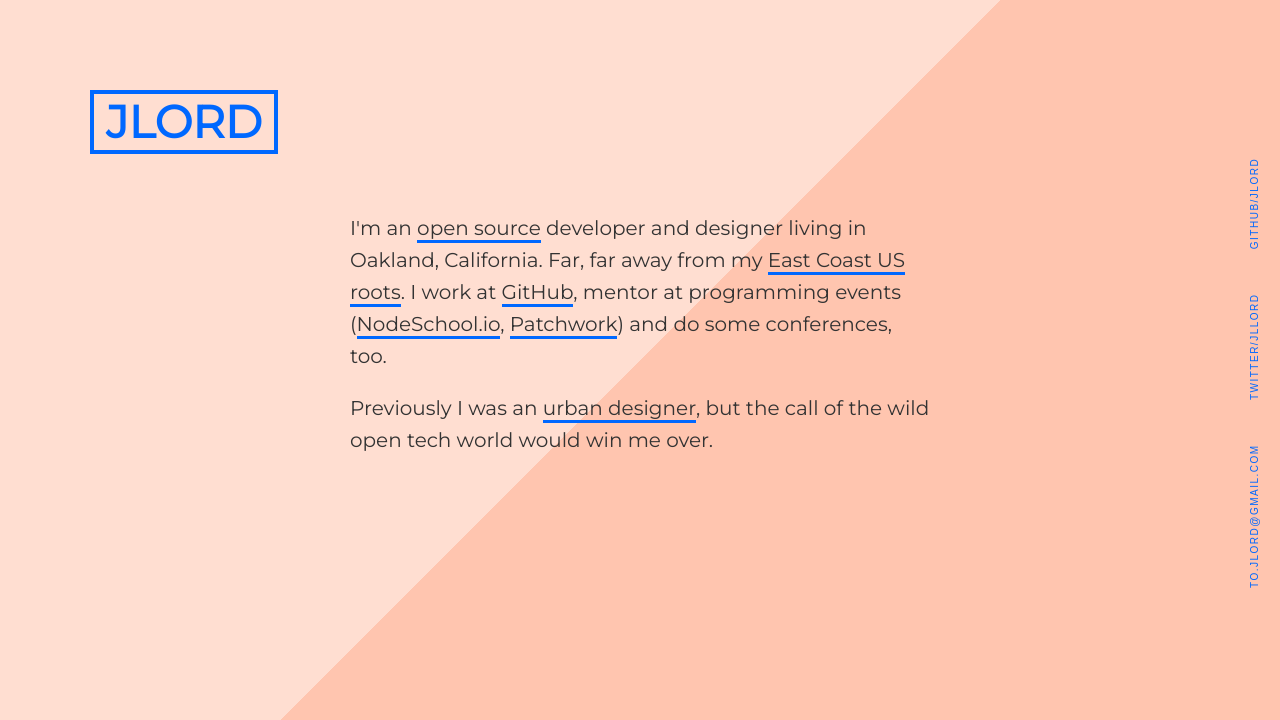
Repository: AalokJadhav/Being_Express.Js
Page: public/Hello_World_Page/index.html
These files come from the project's save history. The page is drawn as it stood at one moment and after the next save; the edit follows.
The browser window is 1280 px wide. The pictures show the whole page.
An inner scrolling area shows only its first screen. Some web fonts or font styles are not loaded; a fallback is used.

Above is the page before, as saved 2020-11-09 11:49:54.

### public/Hello_World_Page/index.html
<!doctype html>
<html>
  <head>
    <meta charset="utf-8">
    <link href="http://fonts.googleapis.com/css?family=Source+Sans+Pro:400,700|Montserrat" rel="stylesheet" type="text/css">
    <link rel="stylesheet" type="text/css" href="css/style2.css">
    <link rel="icon" href="favicon.png" type="image/x-icon">
    <title>Hello World</title>
  </head>
  <body>
    <div class="wrapper">
    <div class="container">
      <header>
        <h1 class="name">jlord</h1>
      </header>
      <article>
        <p>I'm an <a href="http://en.wikipedia.org/wiki/Open-source_software" target="_blank">open source</a> developer and designer living in Oakland, California. Far, far away from my <a href="http://en.wikipedia.org/wiki/Central_Georgia" target="_blank">East Coast US roots</a>. I work at <a href="http://www.github.com/about" target="_blank">GitHub</a>, mentor at programming events (<a href="http://www.nodeschool.io">NodeSchool.io</a>, <a href="https://github.com/blog/1805-patchwork-night" target="_blank">Patchwork</a>) and do some conferences, too.</p>
        <p> Previously I was an <a href="http://www.bostonredevelopmentauthority.org" target="_blank">urban designer</a>, but the call of the wild open tech world would win me over.</p>
      </article>

    <footer>
      <ul class="meta inline-list">
        <li><a href="mailto:to.jlord@gmail.com">to.jlord@gmail.com</a></li>
        <li><a href="http://www.twitter.com/jllord" target="_blank">twitter/jllord</a></li>
        <li><a href="http://www.github.com/jlord" target="_blank">github/jlord</a></li>
      </ul>
    </footer>
  </div>
  </div>
  </body>
</html>

### public/Hello_World_Page/css/style2.css
body {font-family: Montserrat, Helvetica Neue, sans-serif; margin: 0 auto; line-height: 2em; padding: 12px; box-sizing: border-box; color: #333; overflow: auto;
background: #ffded1; /* Old browsers */
background: -moz-linear-gradient(-45deg,  #ffded1 0%, #ffded1 50%, #ffc5af 50%, #ffc5af 100%); /* FF3.6+ */
background: -webkit-gradient(linear, left top, right bottom, color-stop(0%,#ffded1), color-stop(50%,#ffded1), color-stop(50%,#ffc5af), color-stop(100%,#ffc5af)); /* Chrome,Safari4+ */
background: -webkit-linear-gradient(-45deg,  #ffded1 0%,#ffded1 50%,#ffc5af 50%,#ffc5af 100%); /* Chrome10+,Safari5.1+ */
background: -o-linear-gradient(-45deg,  #ffded1 0%,#ffded1 50%,#ffc5af 50%,#ffc5af 100%); /* Opera 11.10+ */
background: -ms-linear-gradient(-45deg,  #ffded1 0%,#ffded1 50%,#ffc5af 50%,#ffc5af 100%); /* IE10+ */
background: linear-gradient(135deg,  #ffded1 0%,#ffded1 50%,#ffc5af 50%,#ffc5af 100%); /* W3C */
filter: progid:DXImageTransform.Microsoft.gradient( startColorstr='#ffded1', endColorstr='#ffc5af',GradientType=1 ); /* IE6-9 fallback on horizontal gradient */

}

body, html {height: 100%;}

.wrapper {box-sizing: border-box; height: 100%; overflow: auto; }


a {text-decoration: none; color: #333; border-bottom: 3px solid #0068FF;}
a:hover {color: #0068FF}
p {font-weight: 200; font-size: 20px;}

.name {font-family: Montserrat; font-size: 45px; text-transform: uppercase; font-weight: 900; padding: 12px; border: 4px solid #0068FF; color: #0068FF; display: inline-block; position: absolute; margin-bottom: 60px; top: 60px; left: 90px;}

.container {margin: 0 auto; width: 700px; padding: 120px 12px 50px; overflow: auto;}
article {padding: 60px;}
/* TODO find better cross-platform characters */
/* article::before {
  content: '\2601';
  position: relative;
  top: 0;
  left: -30px;
  color: #0068FF;
  font-size: 24px;
}
article::after {
  content: '\2A55\2A55\2A55\2A55';
  position: relative;
  top: 40px;
  left: 300px;
  color: #0068FF;
  font-size: 44px;
} */
hr {border-bottom: 3px solid #0068FF;}

.meta {text-transform: uppercase; font-family: Arial, Courier New, Source Sans Pro, sans-serif; font-size: 10px; letter-spacing: .15em;}
.meta a:hover {color: #333;}

.inline-list {list-style: none; margin: 0; padding: 0;}
.inline-list li {display: inline-block;}

footer .inline-list li {margin-right: 40px;}
footer a {border: none; color: #0068FF;}
footer {margin: 0 auto; position: absolute; bottom: 55%; right: -255px; padding: 40px 0 0 0; width: 600px; -webkit-transform: rotate(-90deg);}

After the next save:
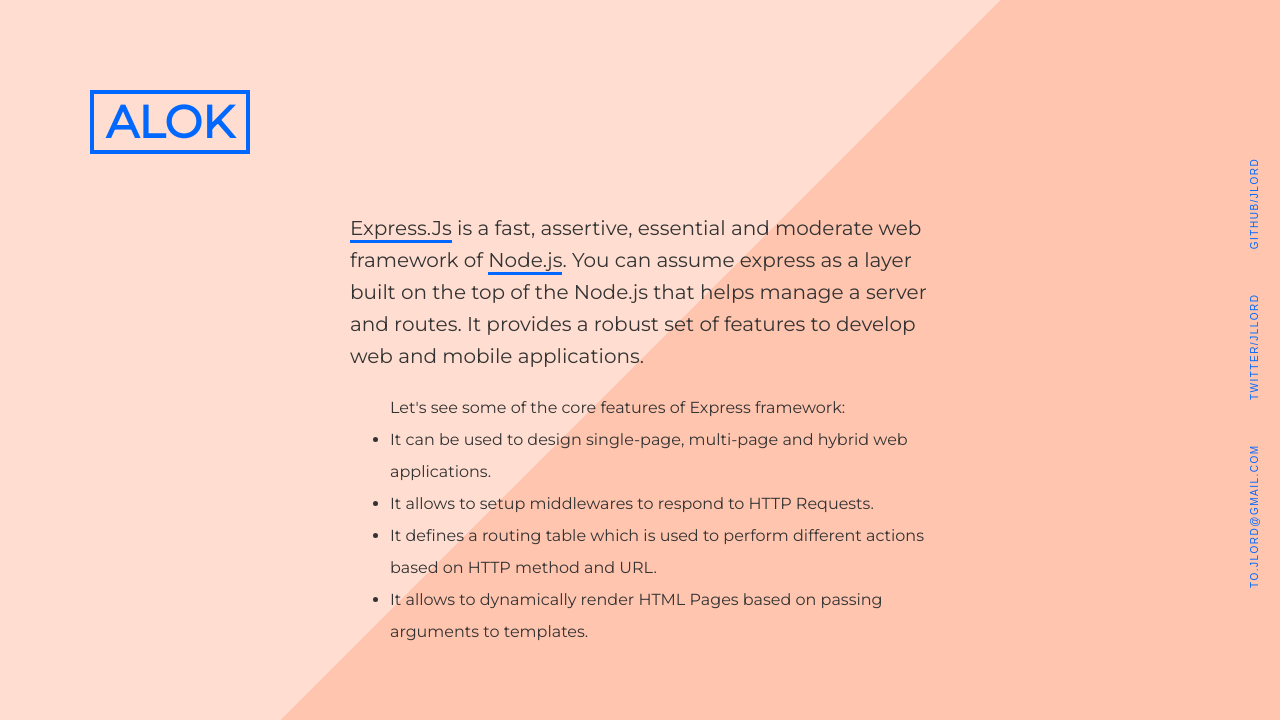
Saved 14 h 56 min later.
--- a/public/Hello_World_Page/index.html
+++ b/public/Hello_World_Page/index.html
@@ -1,31 +1,49 @@
 <!doctype html>
 <html>
-  <head>
-    <meta charset="utf-8">
-    <link href="http://fonts.googleapis.com/css?family=Source+Sans+Pro:400,700|Montserrat" rel="stylesheet" type="text/css">
-    <link rel="stylesheet" type="text/css" href="css/style2.css">
-    <link rel="icon" href="favicon.png" type="image/x-icon">
-    <title>Hello World</title>
-  </head>
-  <body>
-    <div class="wrapper">
+
+<head>
+  <meta charset="utf-8">
+  <link href="http://fonts.googleapis.com/css?family=Source+Sans+Pro:400,700|Montserrat" rel="stylesheet"
+    type="text/css">
+  <link rel="stylesheet" type="text/css" href="css/style2.css">
+  <link rel="icon" href="favicon.png" type="image/x-icon">
+  <title>Hello World</title>
+</head>
+
+<body>
+  <div class="wrapper">
     <div class="container">
       <header>
-        <h1 class="name">jlord</h1>
+        <h1 class="name">Alok</h1>
       </header>
       <article>
-        <p>I'm an <a href="http://en.wikipedia.org/wiki/Open-source_software" target="_blank">open source</a> developer and designer living in Oakland, California. Far, far away from my <a href="http://en.wikipedia.org/wiki/Central_Georgia" target="_blank">East Coast US roots</a>. I work at <a href="http://www.github.com/about" target="_blank">GitHub</a>, mentor at programming events (<a href="http://www.nodeschool.io">NodeSchool.io</a>, <a href="https://github.com/blog/1805-patchwork-night" target="_blank">Patchwork</a>) and do some conferences, too.</p>
-        <p> Previously I was an <a href="http://www.bostonredevelopmentauthority.org" target="_blank">urban designer</a>, but the call of the wild open tech world would win me over.</p>
+
+        <p>
+          <a href="https://en.wikipedia.org/wiki/Express.js" target="_blank">Express.Js</a> is a fast, assertive, essential and moderate web framework of
+          <a href="https://en.wikipedia.org/wiki/Node.js" target="_blank">Node.js</a>.
+          You can assume express as a layer built on the top of the Node.js that helps manage a server and routes. It provides a robust set of
+          features to develop web and mobile applications.
+
+          <ul>Let's see some of the core features of Express framework:
+
+          <li>It can be used to design single-page, multi-page and hybrid web applications.</li>
+          <li>It allows to setup middlewares to respond to HTTP Requests.</li>
+          <li>It defines a routing table which is used to perform different actions based on HTTP method and URL.</li>
+          <li>It allows to dynamically render HTML Pages based on passing arguments to templates.</li>
+        </ul>
+        </p>
+
       </article>
 
-    <footer>
-      <ul class="meta inline-list">
-        <li><a href="mailto:to.jlord@gmail.com">to.jlord@gmail.com</a></li>
-        <li><a href="http://www.twitter.com/jllord" target="_blank">twitter/jllord</a></li>
-        <li><a href="http://www.github.com/jlord" target="_blank">github/jlord</a></li>
-      </ul>
-    </footer>
+      <footer>
+        <ul class="meta inline-list">
+          <li><a href="mailto:to.jlord@gmail.com">to.jlord@gmail.com</a></li>
+          <li><a href="http://www.twitter.com/jllord" target="_blank">twitter/jllord</a></li>
+          <li><a href="http://www.github.com/jlord" target="_blank">github/jlord</a></li>
+        </ul>
+      </footer>
+    </div>
   </div>
-  </div>
-  </body>
+</body>
+
 </html>
